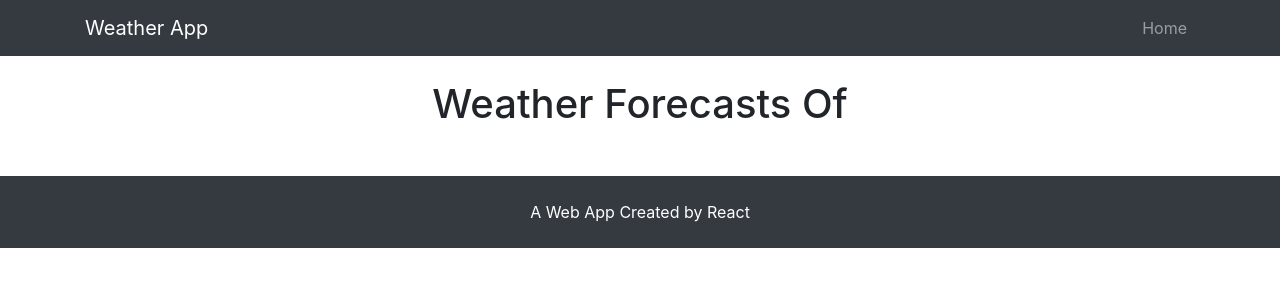
Repository: smk87/weather-app-react
Page: /weather/2344116
These files come from the project's save history. The page is drawn as it stood at one moment and after the next save; the edit follows.
The browser window is 1280 px wide. The pictures show the whole page.
The page's requests for data from a server got no answer. Some web libraries are served in a nearby version. The project was rebuilt for these pictures with package versions that can differ from the ones it lists, and the page was loaded fresh each time. A package was used in the major version that the imports need, not the one package.json lists. No one was signed in, and anything a server would have sent is missing. Also part of the build but not shown: src/components/Weather.js, src/components/Home.js, src/components/ConsolidatedWeather.js, src/components/SearchResult.js.

Above is the page before, as saved 2019-02-07 01:44:53.

After the next save:
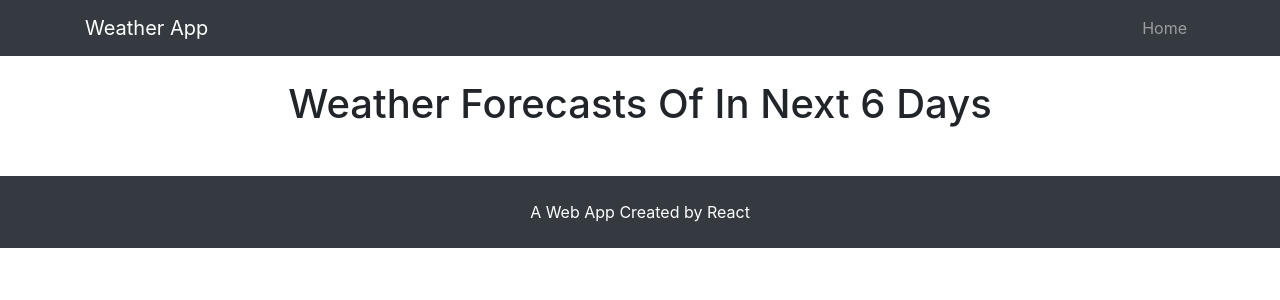
Saved 2 min 11 s later.
--- a/src/components/DetailedWeather.js
+++ b/src/components/DetailedWeather.js
@@ -32,7 +32,7 @@ export default class DetailedWeather extends Component {
   render() {
     return (
       <div>
-        <h1>Weather Forecasts Of {this.state.cityname}</h1>
+        <h1>Weather Forecasts Of {this.state.cityname} In Next 6 Days</h1>
         {this.state.detailedweather.map(c => (
           <ConsolidatedWeather
             temp={c.the_temp}
